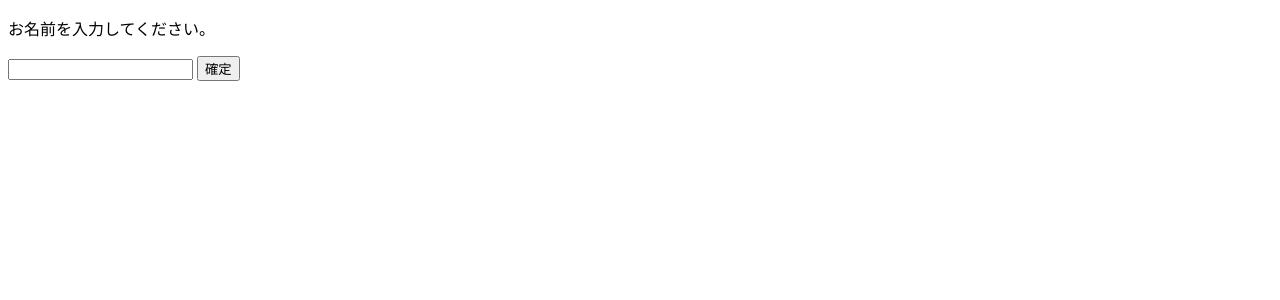
Repository: ryotarko/test
Page: http://localhost/HelloJSP/
An editor plug-in stored every save of this project. The page is shown before and after the next save, followed by the edit.
The browser window is 1280 px wide. The pictures show the whole page.
The page is served by Tomcat 9.

Above is the page before, as saved 2018-10-11 06:37:13.

After the next save:
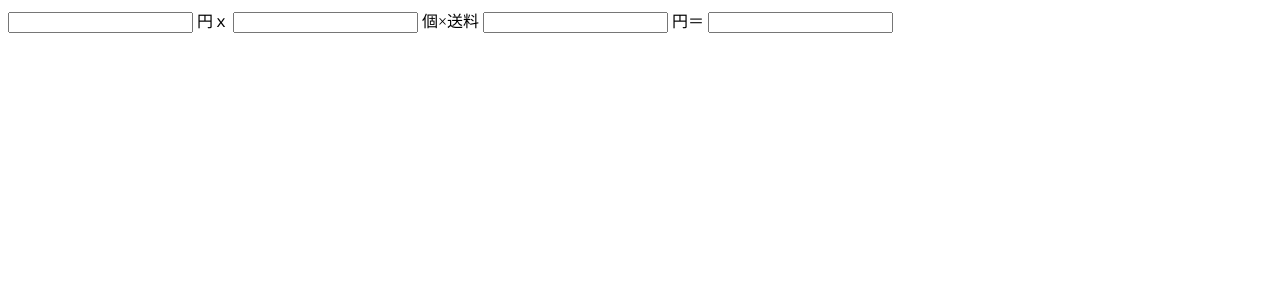
Saved 5 min 53 s later.
--- a/HelloJSP/WebContent/index.jsp
+++ b/HelloJSP/WebContent/index.jsp
@@ -7,11 +7,14 @@
 <title>TEST</title>
 </head>
 <body>
- <p>お名前を入力してください。</p>
- <form method="post" action="greeting-out.jsp">
- <input type="text" name="user">
- <input type="submit" value="確定">
- </form>
-
+<form method="post" action="total-out.jsp">
+<input type ="text" name="price">
+円ｘ
+<input type ="text" name="count">
+個×送料
+<input type ="text" name="delivery">
+円＝
+<input type ="text" name="計算">
+</form>
 </body>
 </html>
